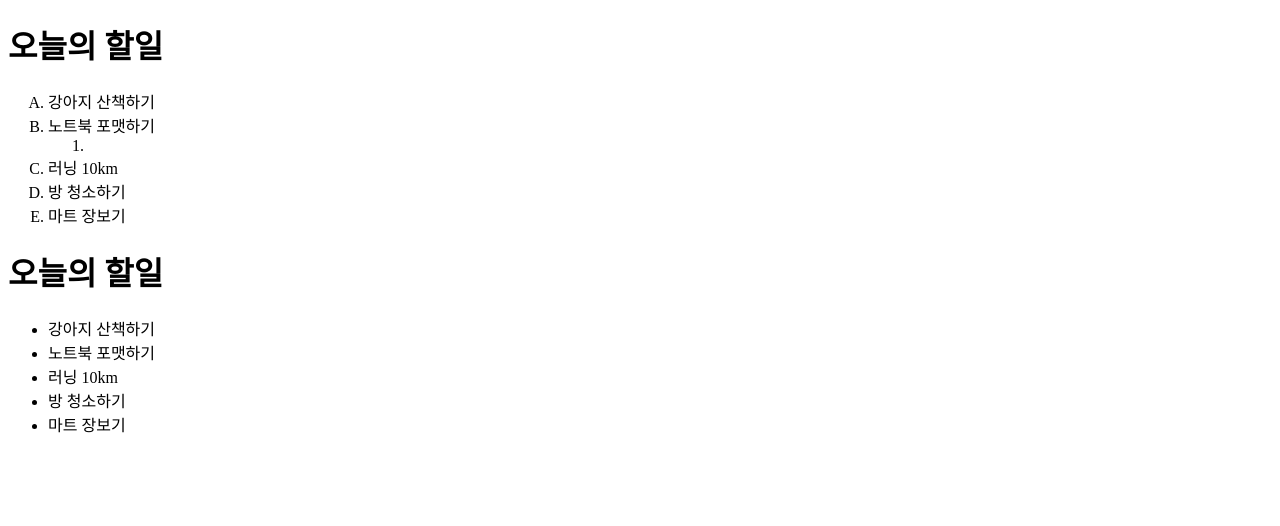
Repository: kmd192kmd/Web
Page: html/HtmlTest/src/main/webapp/ex09_list.html
These files come from the project's save history. The page is drawn as it stood at one moment and after the next save; the edit follows.
The browser window is 1280 px wide. The pictures show the whole page.

Above is the page before, as saved 2026-02-13 01:22:54.

### html/HtmlTest/src/main/webapp/ex09_list.html
<!DOCTYPE html>
<html>
<head>
<meta charset="UTF-8">
<title>Insert title here</title>
</head>
<body>
	<!-- ex09_list.html -->
	<!--

		List, 목록

		1. <ol> + <li>
			- <ol>, Ordered List, 순서가 있는 목록
			- <li>, List Item, 항목

		2. <ul> + <li>
			- <ul>, Unordered List, 순서가 없는 목록
			- <li>, List Item, 항목

		3. <dl> + <dt> + <dd>

	 -->

	 <h1>오늘의 할일</h1>

	 <ol type="A">
	 	<li>강아지 산책하기</li>
	 	<li>
	 		노트북 포맷하기
	 		<ol>
	 			<li></li>
	 		</ol>
	 	</li>
	 	<li>러닝 10km</li>
	 	<li>방 청소하기</li>
	 	<li>마트 장보기</li>
	 </ol>

	 <h1>오늘의 할일</h1>

	 <ul>
	 	<li>강아지 산책하기</li>
	 	<li>노트북 포맷하기</li>
	 	<li>러닝 10km</li>
	 	<li>방 청소하기</li>
	 	<li>마트 장보기</li>
	 </ul>

</body>
</html>

After the next save:
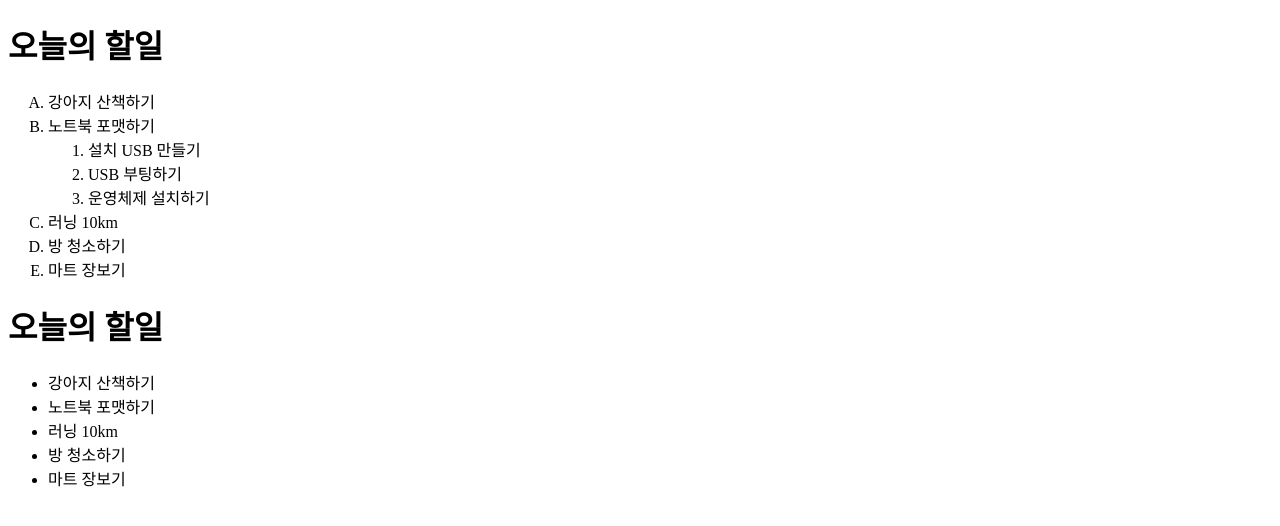
Saved 18 s later.
--- a/html/HtmlTest/src/main/webapp/ex09_list.html
+++ b/html/HtmlTest/src/main/webapp/ex09_list.html
@@ -29,7 +29,9 @@
 	 	<li>
 	 		노트북 포맷하기
 	 		<ol>
-	 			<li></li>
+	 			<li>설치 USB 만들기</li>
+	 			<li>USB 부팅하기</li>
+	 			<li>운영체제 설치하기</li>
 	 		</ol>
 	 	</li>
 	 	<li>러닝 10km</li>
